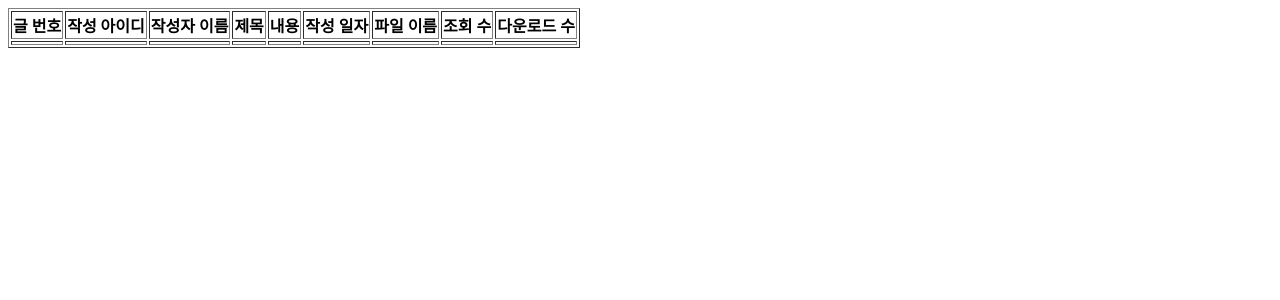
Repository: khy4701/JavaServerPage-Servlet
Page: http://localhost/07.BoardProejct/View.jsp
An editor plug-in stored every save of this project. The page is shown before and after the next save, followed by the edit.
The browser window is 1280 px wide. The pictures show the whole page.
The page is served by Tomcat 9.

Above is the page before, as saved 2016-07-25 07:18:23.

After the next save:
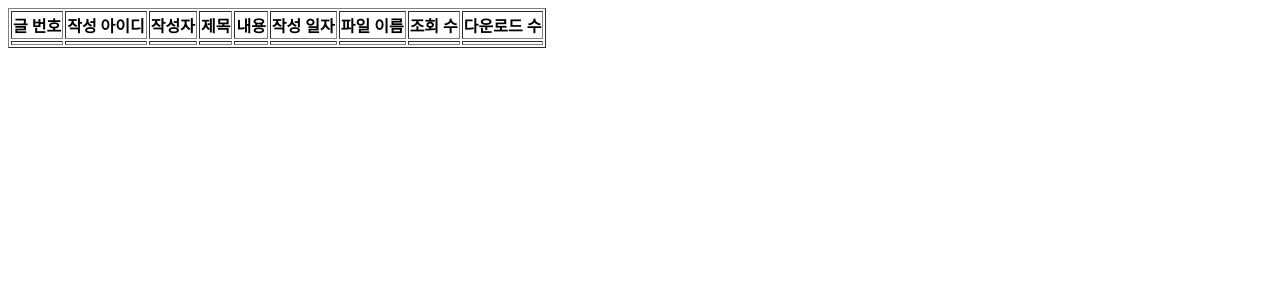
Saved 36 s later.
--- a/07.BoardProejct/WebContent/View.jsp
+++ b/07.BoardProejct/WebContent/View.jsp
@@ -14,7 +14,7 @@
 <c:set var ="content" value= "${requestScope.ContentInfo}"/>
 <table border ="1">
 
-<tr><th> 글 번호 </th> <th> 작성 아이디</th><th>작성자 이름</th> <th> 제목</th>
+<tr><th> 글 번호 </th> <th> 작성 아이디</th><th>작성자 </th> <th> 제목</th>
 <th>내용 </th> <th>작성 일자</th> <th>파일 이름</th> <th>조회 수</th> <th> 다운로드 수</th> </tr>
 
     <tr><td> ${content.num }        </td>
